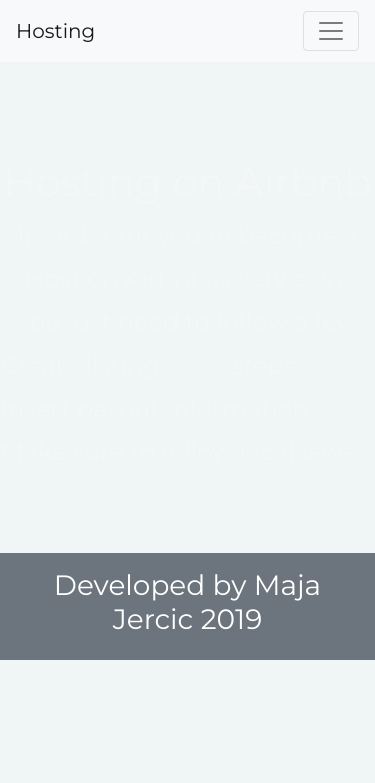
Repository: Maja-Jer/Hosting-on-Airbnb
Page: index.html
The author's editor kept a record of every edit. The page is drawn from the files as they stood at one moment, then again after the next edit.
The browser window is 375 px wide. The pictures show the whole page.
Some web libraries are served in a nearby version.

Above is the page before.
Console error: TypeError: Cannot read properties of undefined (reading 'fn')

### index.html
<!DOCTYPE html>
<html lang="en">

<head>
    <meta charset="UTF-8">
    <meta name="viewport" content="width=device-width, initial-scale=1">
    <meta http-equiv="X-UA-Compatible" content="ie=edge">
    <link rel="stylesheet" href="https://stackpath.bootstrapcdn.com/bootstrap/4.3.1/css/bootstrap.min.css" integrity="sha384-ggOyR0iXCbMQv3Xipma34MD+dH/1fQ784/j6cY/iJTQUOhcWr7x9JvoRxT2MZw1T" crossorigin="anonymous">
    <script src="https://stackpath.bootstrapcdn.com/bootstrap/4.3.1/js/bootstrap.min.js" integrity="sha384-JjSmVgyd0p3pXB1rRibZUAYoIIy6OrQ6VrjIEaFf/nJGzIxFDsf4x0xIM+B07jRM" crossorigin="anonymous"></script>
    <link rel="stylesheet" href="https://use.fontawesome.com/releases/v5.6.1/css/all.css" integrity="sha384-gfdkjb5BdAXd+lj+gudLWI+BXq4IuLW5IT+brZEZsLFm++aCMlF1V92rMkPaX4PP" crossorigin="anonymous">
    <link href="https://fonts.googleapis.com/css?family=Montserrat" rel="stylesheet">
    <link rel="stylesheet" href="style.css" type="text/css" />
    <title>Hosting on Airbnb</title>
</head>

<body>

    <!---------------Navgation-------->
    <nav class="navbar navbar-light bg-light navbar-expand-sm">
         <a href="/" class="navbar-brand">Hosting</a>

        <!---------------Dropdown menu-------->
        <button class="navbar-toggler ml-auto" type="button" data-toggle="collapse" data-target="#navbarNavDropdown" aria-controls="navbarNavDropdown" aria-expanded="false" aria-label="Toggle navigation">
        <span class="navbar-toggler-icon"></span></button>

        <div class="collapse navbar-collapse" id="navbarNavDropdown">
            <ul class="navbar-nav mr-auto">
                <li class="nav-item mr-2"><a class="nav-link" href="#listing">Listing</a></li>
                <li class="nav-item mr-2"><a class="nav-link" href="#superhost">Superhost</a></li>
                <li class="nav-item mr-2"><a class="nav-link" href="#local-laws">Local Laws</a></li>

            </ul>
        </div>

    </nav>


<main>
    <section class= "wrapper">
        <div class="container-fluid p-0">
            <div class="row justify-content-center">
                <header>
                    <h1 class="text-center mt-4">Hosting on Airbnb</h1>
                </header>
                <ul>
                    In order for you to become a Host on Airbnb is very easy, you just need to follow a few steps:
                    <li>Create listing</li>
                    <li>Insert payout information</li>
                    <li>Make sure to follow local laws</li>
                </ul>
            </div>
        </div>

    </section>



</main>
<footer class= "bg-secondary mt-5 p-3">
    <div class= "container-fluid">
        <div class= "col-12 text-white">
            <h3>Developed by Maja Jercic 2019</h3>
        </div>
    </div>

</footer>




    <script src="https://code.jquery.com/jquery-3.3.1.slim.min.js" integrity="sha384-q8i/X+965DzO0rT7abK41JStQIAqVgRVzpbzo5smXKp4YfRvH+8abtTE1Pi6jizo" crossorigin="anonymous"></script>
    <script src="https://cdnjs.cloudflare.com/ajax/libs/popper.js/1.14.7/umd/popper.min.js" integrity="sha384-UO2eT0CpHqdSJQ6hJty5KVphtPhzWj9WO1clHTMGa3JDZwrnQq4sF86dIHNDz0W1" crossorigin="anonymous"></script>

    </div>
    </main>
    <script src="https://stackpath.bootstrapcdn.com/bootstrap/4.3.1/js/bootstrap.min.js" integrity="sha384-JjSmVgyd0p3pXB1rRibZUAYoIIy6OrQ6VrjIEaFf/nJGzIxFDsf4x0xIM+B07jRM" crossorigin="anonymous"></script>



</body>

</html>

### style.css
article, aside, figcaption, figure, footer, header, hgroup, main, nav, section {
    display: block;
}

body {
  font: 20px Montserrat, sans-serif;
  line-height: 1.8;
  color: #f5f6f7;
  background-color: #f0f5f5;
  text-align: center;
  font-weight: 400;

}

/*----------------------- header*/

head {
  font-family: 'Roboto', sans-serif;
}



/*----------------------navigation bar*/

ul {
  list-style-type: none;
  margin: 0;
  padding: 0;
  overflow: hidden;
  font-weight: normal;
  font-size: 24px;
}

li {
  float: left;
}

navbar {
  color: #FF5A5F;

}

li a {
  display: block;
  color: white;
  text-align: center;
  padding: 14px 16px;
  text-decoration: none;

}

li a:hover {
  background-color: #FF5A5F;
  color: white;
  text-decoration: none;
  font-weight: bold;
}

/*---------------------end of navigation bar*/


/*---------------------main*/
.wrapper {
    padding: 1rem 1rem 2rem 1rem;
    margin-top: 56px;
}

.p-0 {
    padding: 0!important;
}

.container-fluid {
    width: 100%;
    padding-right: 15px;
    padding-left: 15px;
    margin-right: auto;
    margin-left: auto;
}

.row {
    margin: 0;
}

.justify-content-center {
    -ms-flex-pack: center!important;
    justify-content: center!important;
}

.row {
    display: -ms-flexbox;
    display: flex;
    -ms-flex-wrap: wrap;
    flex-wrap: wrap;
    margin-right: -15px;
    margin-left: -15px;
}

.text-left {
    text-align: left!important;
}

.p-0 {
    padding: 0!important;
}

.col-12 {
    -ms-flex: 0 0 100%;
    flex: 0 0 100%;
    max-width: 100%;
}

.intro {
    font: #808080;
    font-size: 2em;
}




/*---------------------footer*/

.p-3 {
    padding: 1rem!important;
}

.mt-5, .my-5 {
    margin-top: 3rem!important;
}

After the next edit:
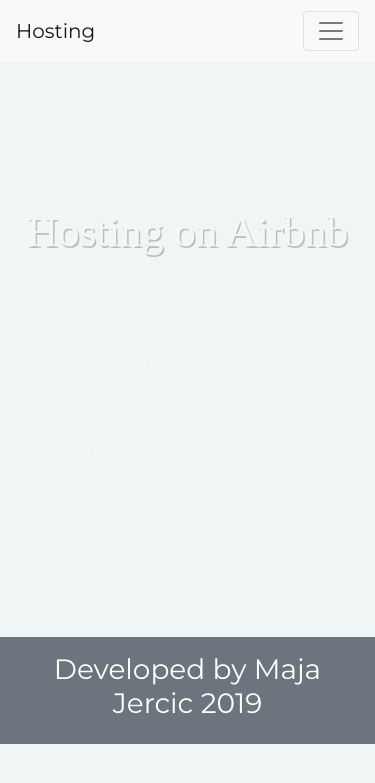
The edit:
--- a/style.css
+++ b/style.css
@@ -109,6 +109,31 @@
     max-width: 100%;
 }
 
+
+.text-center {
+    text-align: center!important;
+}
+
+.mt-4, .my-4 {
+    margin-top: 1.5rem!important;
+}
+
+@media screen and (max-width: 575.9px)
+h1 {
+    font-size: 2.2rem;
+    padding-top: 1.5rem;
+    padding-bottom: 1rem;
+}
+
+h1 {
+    font-family: 'Caveat Brush', cursive;
+    font-size: 2.7rem;
+    padding-top: 3rem;
+    padding-bottom: 2rem;
+    text-shadow: 1.5px 1.5px #9c9c9c99;
+}
+
+
 .intro {
     font: #808080;
     font-size: 2em;
